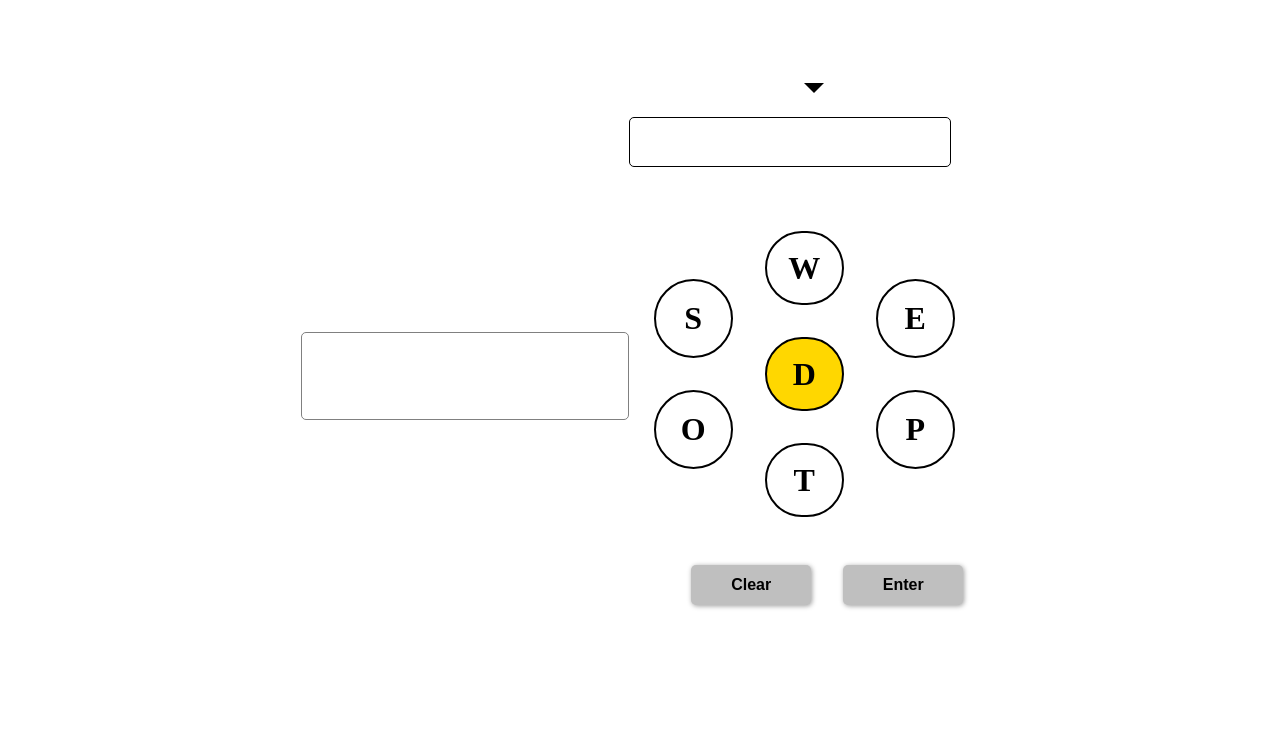
Repository: wellgordon/spelling-bee-clone
Page: /game
The author's editor kept a copy of each file at every save. The page is drawn from the files as they stood at one save, then again after the next save.
The browser window is 1280 px wide. The pictures show the whole page.
The project was rebuilt for these pictures with package versions that can differ from the ones it lists, and the page was loaded fresh each time. Also part of the build but not shown: src/index.css, src/components/Home.tsx.

Above is the page before, as saved 2022-01-28 18:49:22.

After the next save:
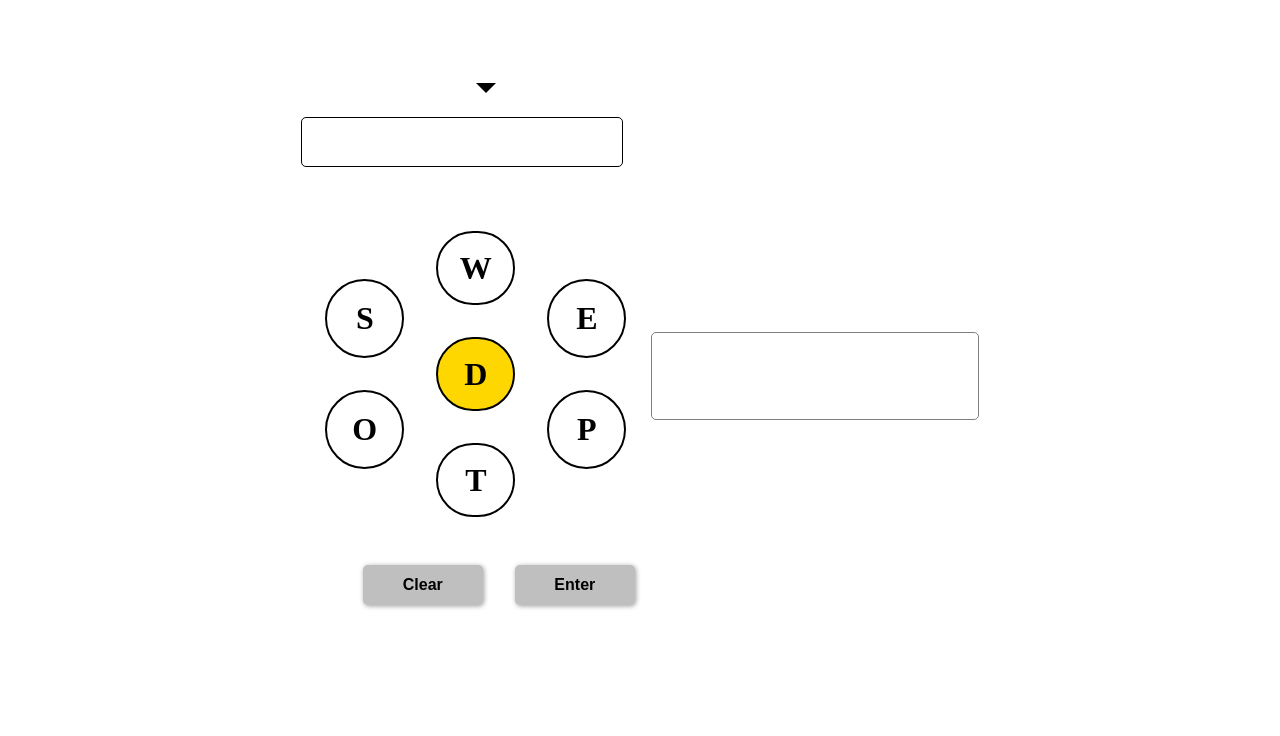
Saved 17 s later.
--- a/src/components/GameUI.tsx
+++ b/src/components/GameUI.tsx
@@ -52,17 +52,6 @@ const GameUI = ({
     <>
       <MainContainer>
         <SubContainer>
-          <Accordion className={accordion}>
-            {open === false
-              ? foundWords
-                  ?.filter((word: string, index: number) => index < 5)
-                  .map((word: string) => {
-                    return <FoundText>{`${word}, `}</FoundText>;
-                  })
-              : foundWords?.map((word: string) => {
-                  return <FoundText>{`${word}, `}</FoundText>;
-                })}
-          </Accordion>
           <LeftSide>
             <span onClick={toggle}>
               {open === true ? <TriangleUp /> : <TriangleDown />}
@@ -88,6 +77,17 @@ const GameUI = ({
               <Button onClick={handleSubmit}>Enter</Button>
             </ButtonContainer>
           </LeftSide>
+          <Accordion className={accordion}>
+            {open === false
+              ? foundWords
+                  ?.filter((word: string, index: number) => index < 5)
+                  .map((word: string) => {
+                    return <FoundText>{`${word}, `}</FoundText>;
+                  })
+              : foundWords?.map((word: string) => {
+                  return <FoundText>{`${word}, `}</FoundText>;
+                })}
+          </Accordion>
         </SubContainer>
       </MainContainer>
     </>
